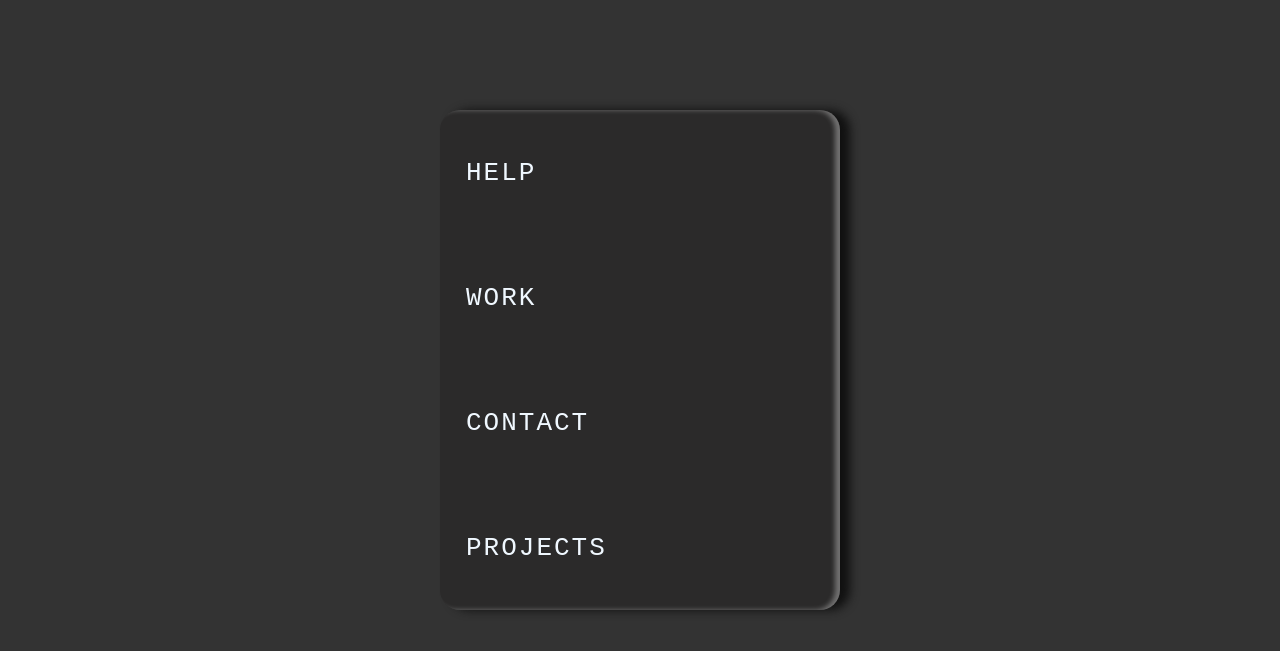
Repository: Rostyk-qq/Projects_Web
Page: menuRanLine/ranLine.html
The author's editor kept a copy of each file at every save. The page is drawn from the files as they stood at one save, then again after the next save.
The browser window is 1280 px wide. The pictures show the whole page.

Above is the page before, as saved 2023-09-30 02:12:07.

After the next save:
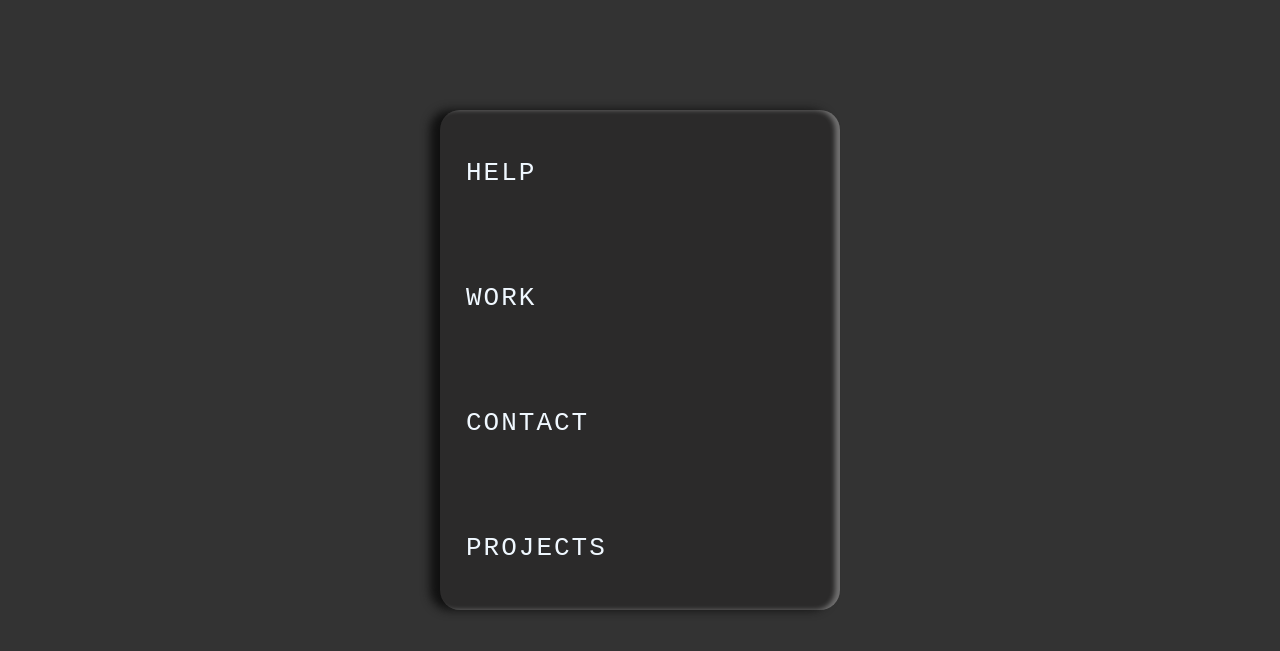
Saved 7 s later.
--- a/menuRanLine/ranLine.css
+++ b/menuRanLine/ranLine.css
@@ -26,7 +26,7 @@ body{
     border-radius: 20px;
     background-color: #2b2a2a;
     overflow: hidden;
-    box-shadow: 10px 0px 10px #111, inset -5px 0px 5px #fff5;
+    box-shadow: -10px 0px 10px #111, inset -5px 0px 5px #fff5;
 }
 .menu__list {
     list-style-type: none;
